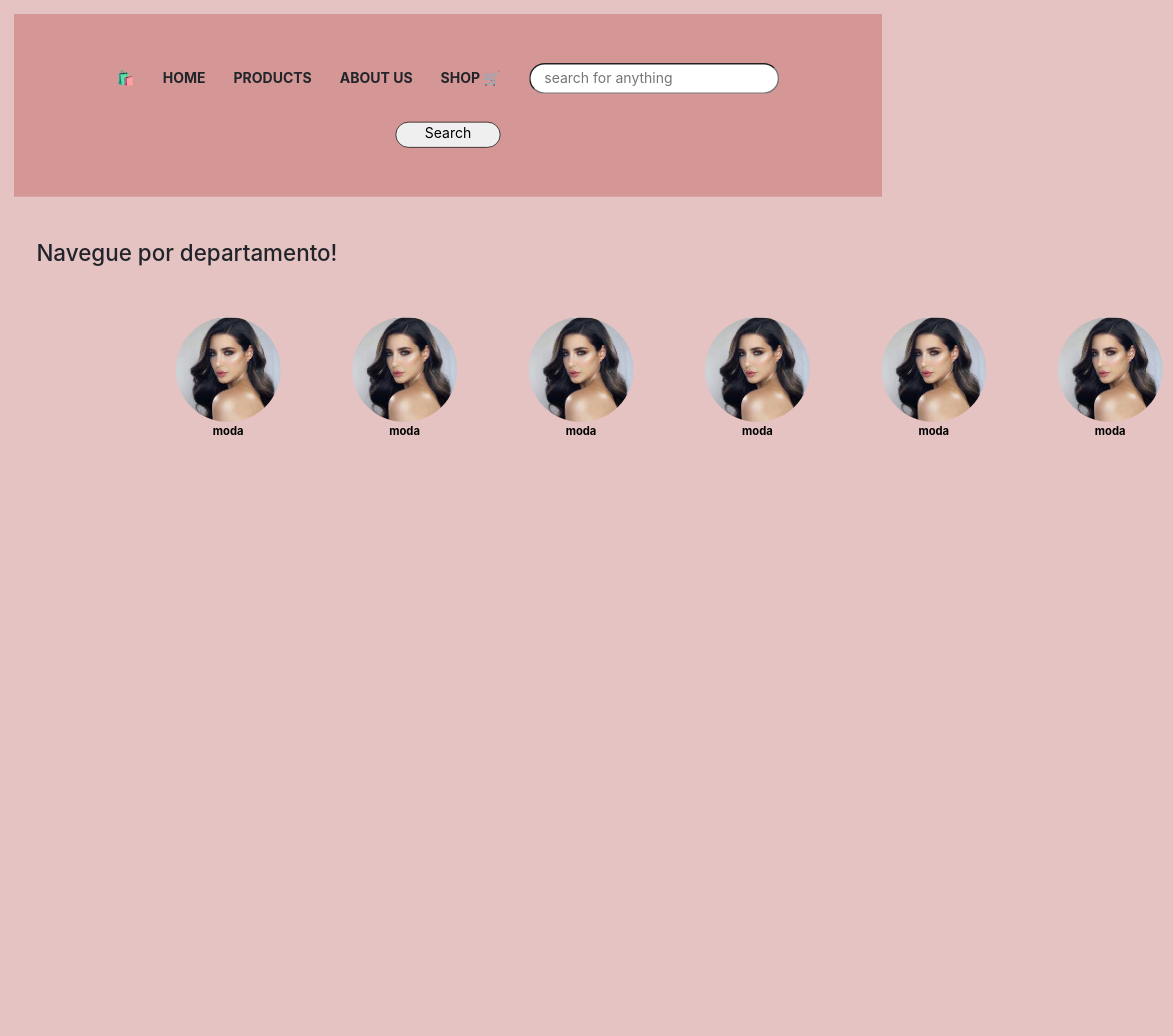
Repository: thf4/Project-Shop
Page: /
An editor plug-in stored every save of this project. The page is shown before and after the next save, followed by the edit.
The browser window is 1280 px wide. The page is 1676 px wide, then 1660 px, so the pictures cover 1676 px, including what lies to the right of the window. The pictures show the part of the page from y = 0 to 1480 px (the page is 2657 px tall before and 720 px after), at 70% of full size.
The project was rebuilt for these pictures with package versions that can differ from the ones it lists, and the page was loaded fresh each time.

Above is the page before, as saved 2021-04-22 15:58:58.

After the next save:
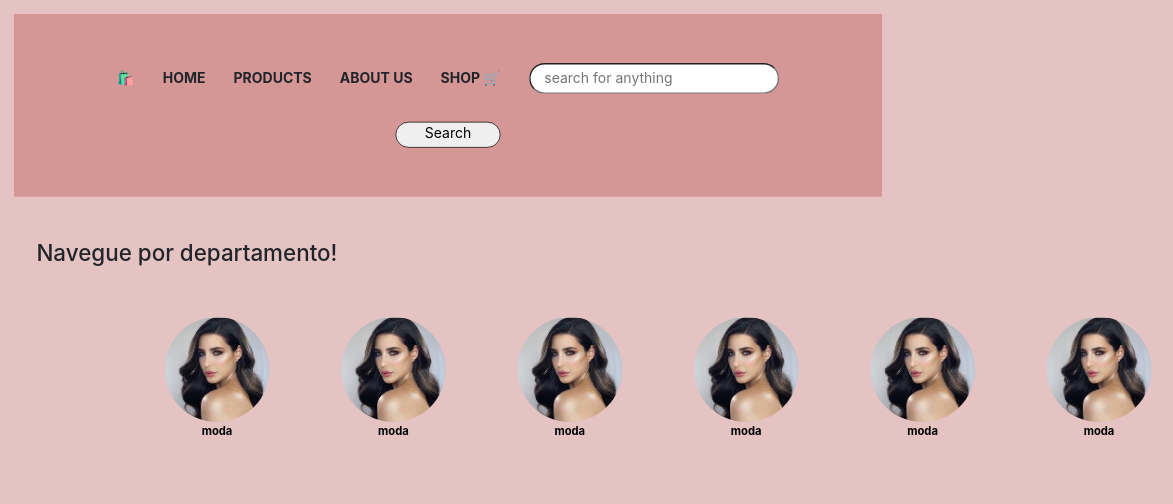
Saved 15 s later.
--- a/src/Exemplo.css
+++ b/src/Exemplo.css
@@ -30,8 +30,7 @@ border: solid 1px black;
 .list{
   width: 90vw;
   max-width: 940px;
-  margin: 1rem;
-  margin-bottom: 2000px;
+
   padding-left: 200px;
   display: grid;
   gap: 2rem;
